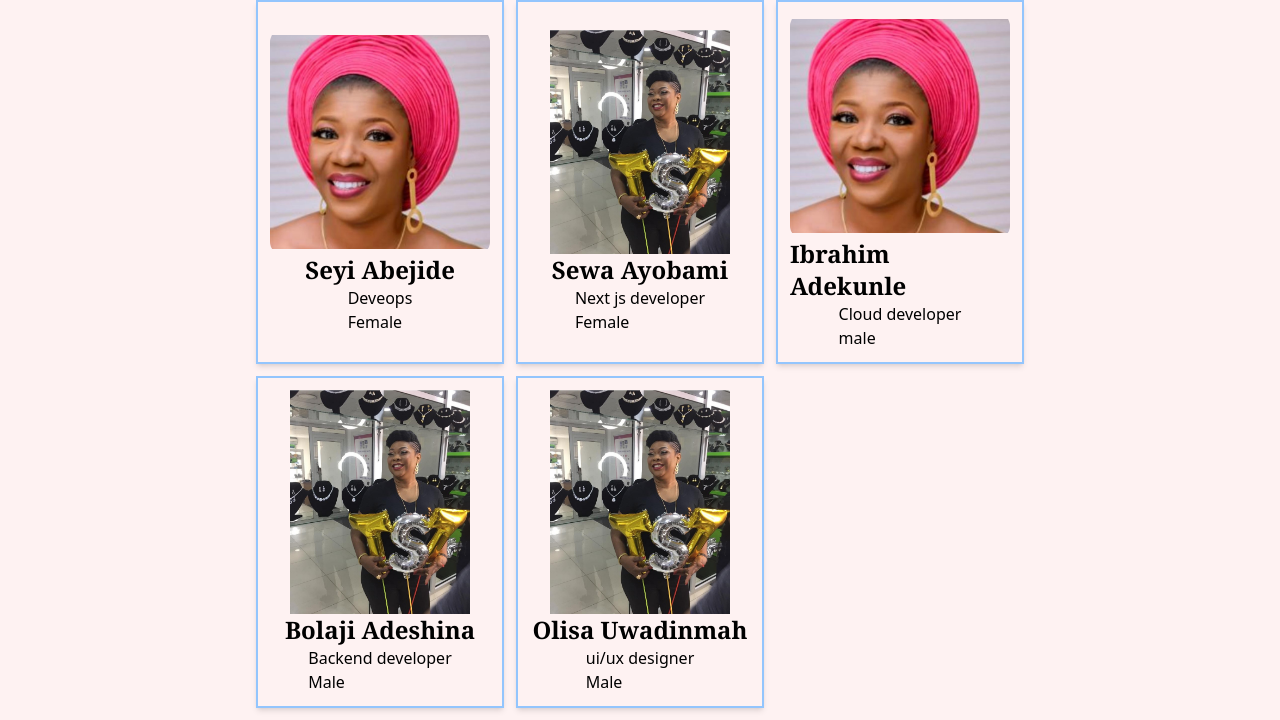
Repository: Semanmernstack/Bincom
Page: /
The author's editor kept a copy of each file at every save. The page is drawn from the files as they stood at one save, then again after the next save.
The browser window is 1280 px wide. The pictures show the whole page.
The project was rebuilt for these pictures with package versions that can differ from the ones it lists, and the page was loaded fresh each time. The framework's server and built-in components were replaced by stand-ins that run in the browser. Also part of the build but not shown: next.config.mjs.

Above is the page before, as saved 2024-01-25 05:35:39.

### app/layout.tsx
import type { Metadata } from "next";
import { Inter } from "next/font/google";
import "./globals.css";

const inter = Inter({ subsets: ["latin"] });

export const metadata: Metadata = {
  title: "Create Next App",
  description: "Generated by create next app",
};

export default function RootLayout({
  children,
}: Readonly<{
  children: React.ReactNode;
}>) {
  return (
    <html lang="en">
      <body className=" min-h-screen bg-red-50">{children}</body>
    </html>
  );
}

### app/page.tsx
import slidefour from "../public/slidefour.png"


import slidethree from "../public/slidethree.png"
import SetUp from "./components/SetUp";


const data = [
  {
    id: "1",
    title: "Seyi Abejide",
    image:"slidefour.png",
    role: "Deveops",
    gender: "Female",

  },
  {
    id: "2",
    title: "Sewa Ayobami",
    image: "slidethree.png",
    role: "Next js developer",
    gender: "Female"

  },
  {
    id: "3",
    title: "Ibrahim Adekunle",
    image:"slidefour.png",
    role: "Cloud developer",
    gender: "male",

  },
  {
    id: "4",
    title: "Bolaji Adeshina",
    image: "slidethree.png",
    role: "Backend developer",
    gender: "Male",

  },
  {
    id: "5",
    title: "Olisa Uwadinmah",
    image: "slidethree.png",
    role: "ui/ux designer",
    gender: "Male",

  },


];



export default function Home() {
  return (
    <main className=" flex flex-col max-w-3xl mx-auto ">
      <div className="grid grid-cols-1 sm:grid-cols-2 md:grid-cols-3 gap-3">
          {data.map((p, index)=> (
              <div className=" border-2 border-blue-300 shadow-md items-center justify-center flex" key={index}>
                <SetUp
                  id={p.id}
                  title={p.title}
                  image={p.image}
                  role={p.role}
                  gender= {p.gender}
                />
              </div>

          ))}


      </div>



    </main>
  );
}

### app/components/SetUp.tsx
import React from 'react'
interface B {
    id: string
    title: string
    image: string
    role: string
    gender: string
}


function SetUp({id, title, image, role, gender}:B) {
  return (
    <div className=' p-3 '>
      <img src={image} alt="image" className='h-56 w-56 rounded-xl  object-contain' />
      <div className='flex flex-col items-center justify-between'>
        <h1 className='font-bold font-serif textt-xl md:text-2xl'>{title}</h1>
        <div>
          <h2>{role}</h2>
          <h2>{gender}</h2>
        </div>

        <div>

        </div>

      </div>

    </div>
  )
}

export default SetUp

Loaded but not shown: app/globals.css (common file); tailwind.config.ts (common file)

After the next save:
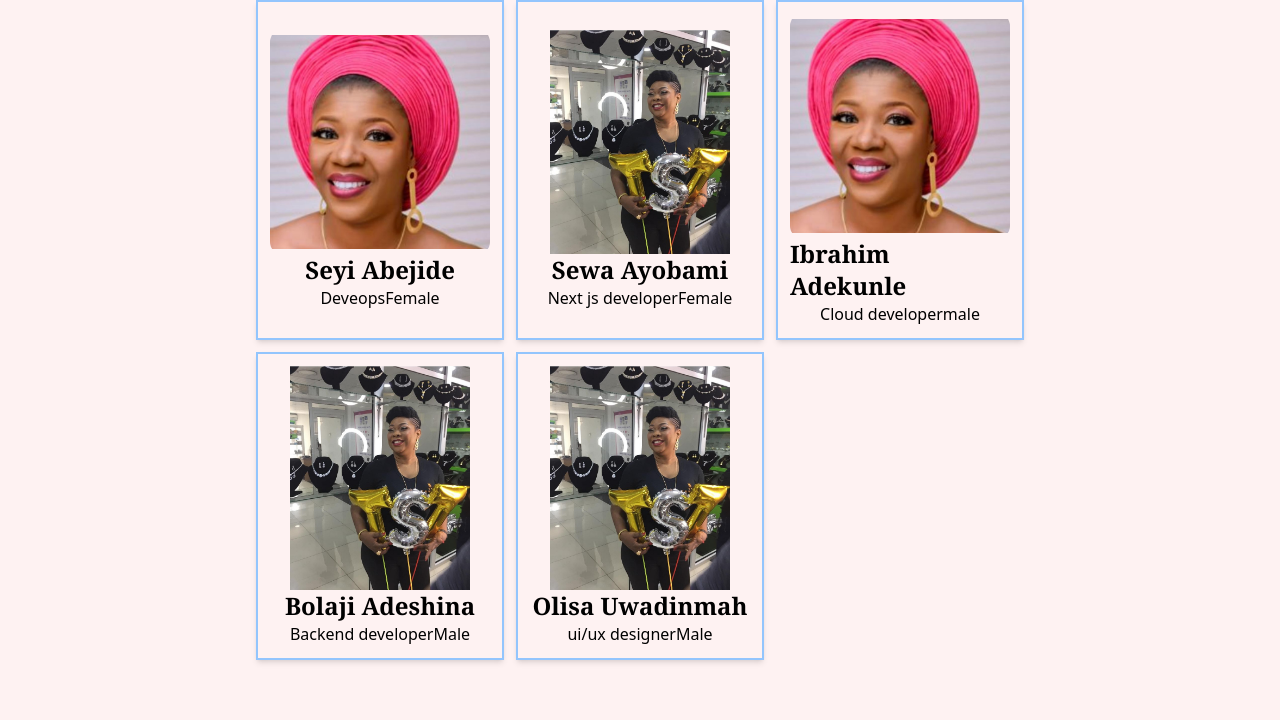
Saved 49 s later.
--- a/app/components/SetUp.tsx
+++ b/app/components/SetUp.tsx
@@ -14,7 +14,7 @@ function SetUp({id, title, image, role, gender}:B) {
       <img src={image} alt="image" className='h-56 w-56 rounded-xl  object-contain' />
       <div className='flex flex-col items-center justify-between'>
         <h1 className='font-bold font-serif textt-xl md:text-2xl'>{title}</h1>
-        <div>
+        <div className='flex items-center justify-between'>
           <h2>{role}</h2>
           <h2>{gender}</h2>
         </div>
